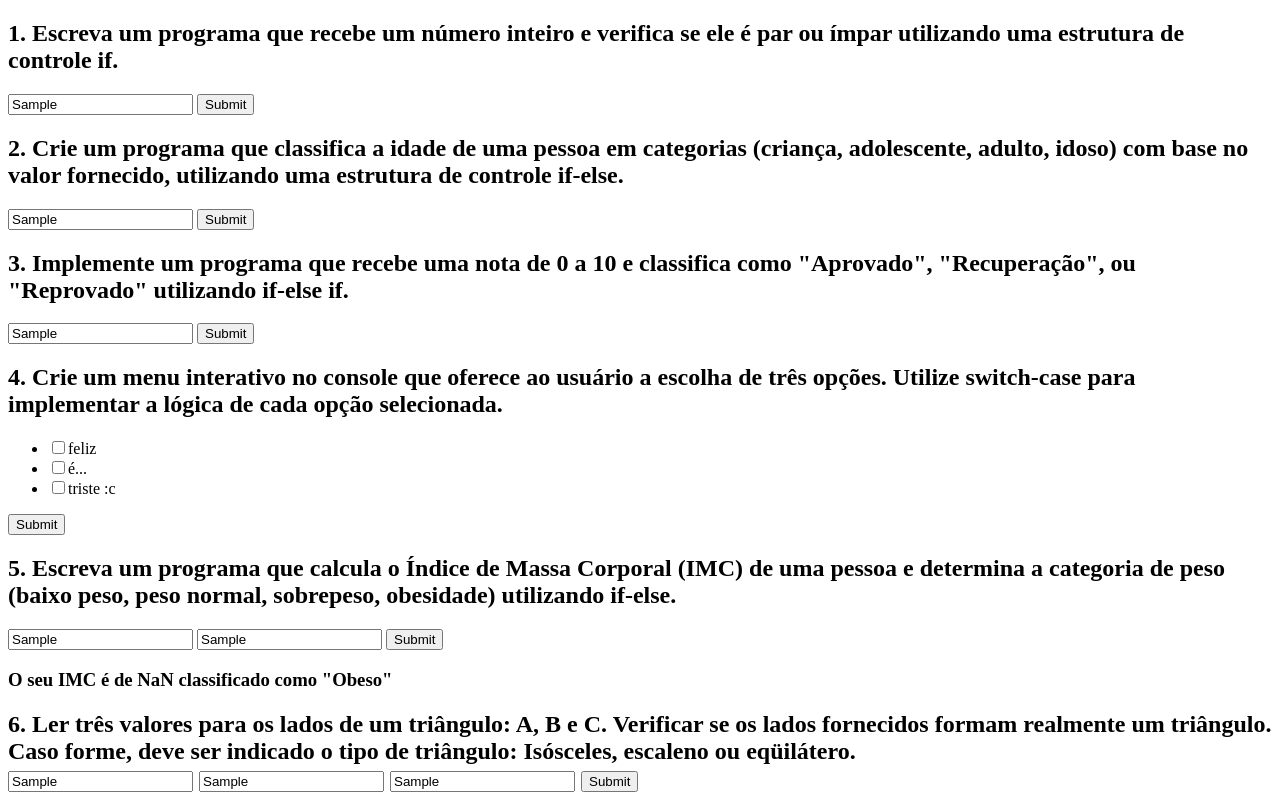
Repository: chidekina/prati-logica
Page: index.html
The author's editor kept a copy of each file at every save. The page is drawn from the files as they stood at one save, then again after the next save.
The browser window is 1280 px wide. The pictures show the whole page.
Empty fields were first filled with sample values (such as "Sample", 5 or name@example.com).
After loading, the first visible `input[onclick="classificacaoIMC()"]` was clicked once.

Above is the page before, as saved 2025-04-29 15:13:45.
Console error: TypeError: Assignment to constant variable.

### index.html
<!DOCTYPE html>
<html lang="en">
  <head>
    <meta charset="UTF-8" />
    <meta name="viewport" content="width=device-width, initial-scale=1.0" />
    <title>+prati - Lista de Exercicios 1</title>
  </head>
  <body>
    <main>
      <div>
        <h2>1. Escreva um programa que recebe um número inteiro e verifica se ele é par ou ímpar utilizando uma estrutura de controle if.</h2>
        <div>
          <input id="task1" type="text" placeholder="Digite um numero" />
          <input type="submit" onclick="parOuImpar()" />
        </div>
        <h3 id="answer1"></h3>
      </div>
      <div>
        <h2>2. Crie um programa que classifica a idade de uma pessoa em categorias (criança, adolescente, adulto, idoso) com base no valor fornecido, utilizando uma estrutura de controle if-else.</h2>
        <div>
          <input id="task2" type="text" placeholder="Digite sua idade" />
          <input type="submit" onclick="classificacaoEtaria()" />
        </div>
        <h3 id="answer2"></h3>
      </div>
      <div>
        <h2>3. Implemente um programa que recebe uma nota de 0 a 10 e classifica como "Aprovado", "Recuperação", ou "Reprovado" utilizando if-else if.</h2>
        <div>
          <input id="task3" type="text" placeholder="Digite sua nota" />
          <input type="submit" onclick="aprovacao()" />
        </div>
        <h3 id="answer3"></h3>
      </div>
      <div>
        <h2>4. Crie um menu interativo no console que oferece ao usuário a escolha de três opções. Utilize switch-case para implementar a lógica de cada opção selecionada.</h2>
        <div>
          <ul>
            <li>
              <label><input class="checkbox-mood" onchange="checkboxCheck(this)" type="checkbox" id="option1" />feliz</label>
            </li>
            <li>
              <label><input class="checkbox-mood" onchange="checkboxCheck(this)" type="checkbox" id="option2" />é...</label>
            </li>
            <li>
              <label><input class="checkbox-mood" onchange="checkboxCheck(this)" type="checkbox" id="option3" />triste :c</label>
            </li>
          </ul>
          <input type="submit" onclick="nivelHumor()" />
        </div>
        <h3 id="answer4"></h3>
      </div>
      <div>
        <h2>5. Escreva um programa que calcula o Índice de Massa Corporal (IMC) de uma pessoa e determina a categoria de peso (baixo peso, peso normal, sobrepeso, obesidade) utilizando if-else.</h2>
        <div>
          <input id="task5-1" type="text" placeholder="Digite seu peso" />
          <input id="task5-2" type="text" placeholder="Digite sua altura" />
          <input type="submit" onclick="classificacaoIMC()" />
        </div>
        <h3 id="answer5"></h3>
      </div>
      <div>
        <h2>6. Ler três valores para os lados de um triângulo: A, B e C. Verificar se os lados fornecidos
            formam realmente um triângulo. Caso forme, deve ser indicado o tipo de triângulo:
            Isósceles, escaleno ou eqüilátero.
        <div>
          <input id="ladoA" type="text" placeholder="Digite o primeiro lado" />
          <input id="ladoB" type="text" placeholder="Digite o segundo lado" />
          <input id="ladoC" type="text" placeholder="Digite o terceiro lado" />
          <input type="submit" onclick="classificacaoTriangulo()" />
        </div>
        <h3 id="answer6"></h3>
      </div>
    </main>
    <script src="app.js"></script>
  </body>
</html>

### app.js
function parOuImpar() {
  const task1 = document.getElementById("task1");
  const numero = parseInt(task1.value);
  let answer1 = document.getElementById("answer1");

  if (isNaN(numero)) {
    alert("Digite um número válido.");
  } else {
    answer1.innerHTML = `O número ${numero} é ${numero % 2 === 0 ? 'par' : 'ímpar'}`;
  }
  task1.value = '';
}

function classificacaoEtaria() {
  const task2 = document.getElementById("task2");
  const idade = parseInt(task2.value);
  let classificacao;
  let answer2 = document.getElementById("answer2");

  if (isNaN(idade) || idade > 100 || idade < 0) {
    alert("Digite uma idade válida.");
  } else {
    if (idade >= 60) {
      classificacao = "idoso";
    } else if (idade >= 20) {
      classificacao = "adulto";
    } else if (idade >= 12) {
      classificacao = "adolescente";
    } else {
      classificacao = "criança";
    }
    answer2.innerHTML = `A idade de ${idade} anos é classificada como ${classificacao}.`;
  }
  task2.value = '';
}

function aprovacao() {
    const task3 = document.getElementById('task3');
    const nota = task3.value;

    if( nota < 0 || nota > 10 || isNaN(nota)) {
        alert('Digite uma nota válida.');
    } else {
        answer3.innerHTML = nota >= 7 ? 'Parabéns! Você foi aprovado.' : 'Poxa... Você ficou de recuperação.';
    }

    task3.value = '';
}


function checkboxCheck(checkbox) {
    let mood = document.getElementsByClassName("checkbox-mood");

    for (let i = 0; i < mood.length; i++) {
        mood[i].checked = false;
    }

    checkbox.checked = true;

}

function nivelHumor() {

    const check1 = document.getElementById('option1');
    const check2 = document.getElementById('option2');
    const check3 = document.getElementById('option3');
    const answer4 = document.getElementById('answer4');
    let phrase;

    if (check1.checked) {
        phrase = 'Legal! Tenha um ótimo dia!';
    } else if (check2.checked) {
        phrase = 'Hmm... Pode melhorar ne?!';
    } else if (check3.checked) {
        phrase = 'Poxa, espero que seu dia melhore';
    }

    answer4.innerHTML = phrase;
}

function classificacaoIMC() {
    const pesoInput = document.getElementById("task5-1");
    const alturaInput = document.getElementById("task5-2");
    const answer5 = document.getElementById('answer5');
    const peso = pesoInput.value;
    const altura = alturaInput.value;
    const IMC = peso / (altura * altura);
    let classificacao;

    if(IMC < 18.5) classificacao = 'Abaixo do Peso';
    else if (IMC < 25) classificacao = 'Peso Normal';
    else if (IMC < 30) classificacao = 'Sobrepeso';
    else classificacao = 'Obeso';

    answer5.innerHTML = `O seu IMC  é de ${IMC} classificado como "${classificacao}"`;

    peso = '';
    alturaInput.value = '';
}

function classificacaoTriangulo() {
    const ladoAInput = document.getElementById('ladoA');
    const ladoBInput = document.getElementById('ladoB');
    const ladoCInput = document.getElementById('ladoC');
    const ladoA = ladoAInput.value;
    const ladoB = ladoBInput.value;
    const ladoC = ladoCInput.value;
    let triangulo;
    const answer6 = document.getElementById('answer6');

    if(ladoA === ladoB && ladoA === ladoC) triangulo = 'equilatero';
    else if (ladoA !== ladoB && ladoA !== ladoC && ladoB !== ladoC) triangulo = 'escaleno';
    else triangulo = 'isosceles';

    answer6 = `O triangulo é ${triangulo}`;
    ladoAInput.value = '';
    ladoBInput.value
}

After the next save:
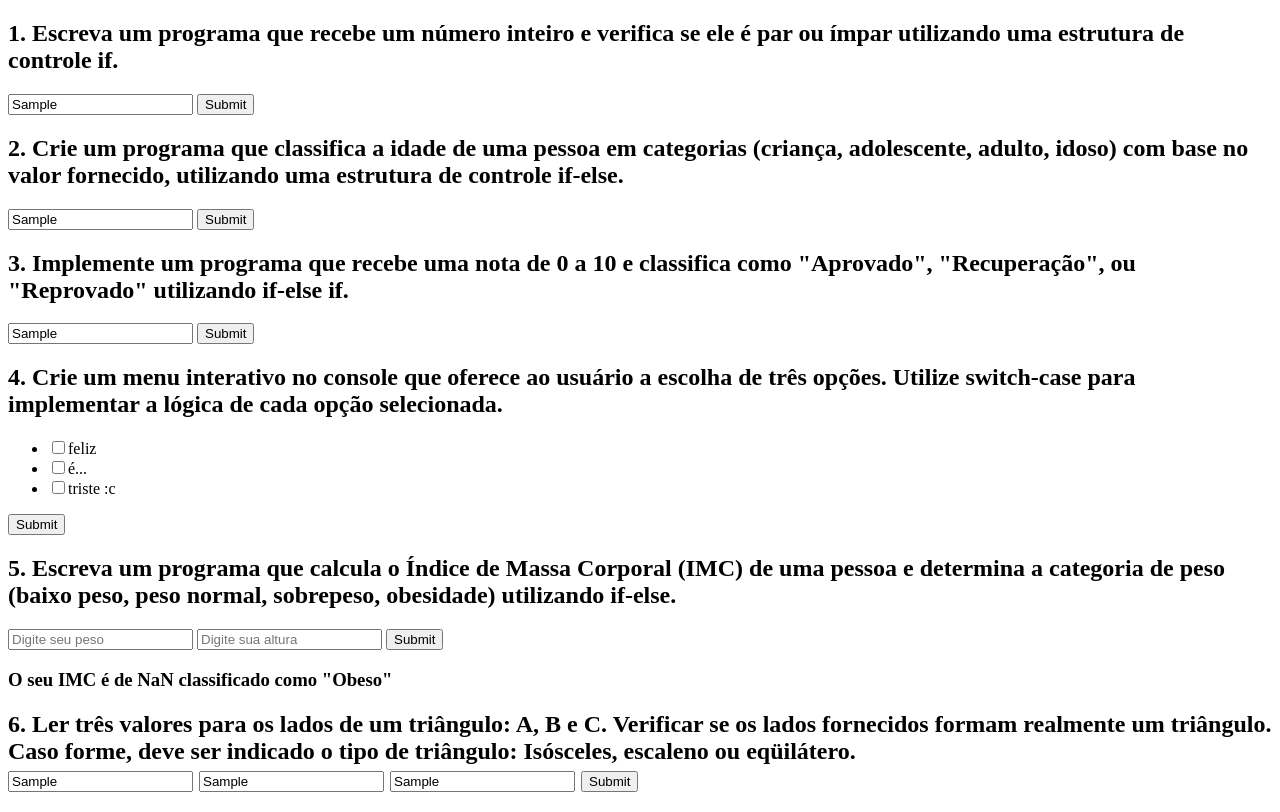
The error is gone.
Saved 73 s later.
--- a/app.js
+++ b/app.js
@@ -94,7 +94,7 @@ function classificacaoIMC() {
 
     answer5.innerHTML = `O seu IMC  é de ${IMC} classificado como "${classificacao}"`;
 
-    peso = '';
+    pesoInput.value = '';
     alturaInput.value = '';
 }
 
